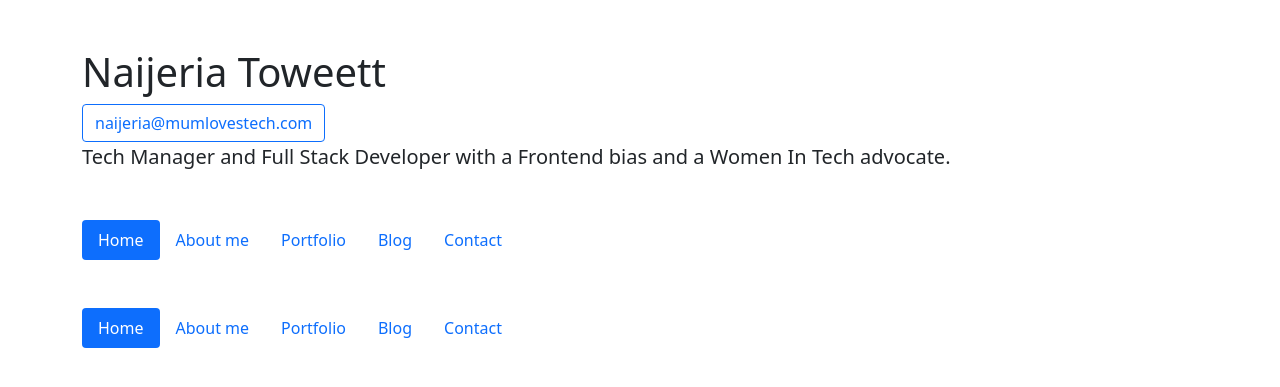
Repository: mamatechafrica/portfolio
Page: about.html
An editor plug-in stored every save of this project. The page is shown before and after the next save, followed by the edit.
The browser window is 1280 px wide. The pictures show the whole page.

Above is the page before, as saved 2022-01-04 20:16:21.

After the next save:
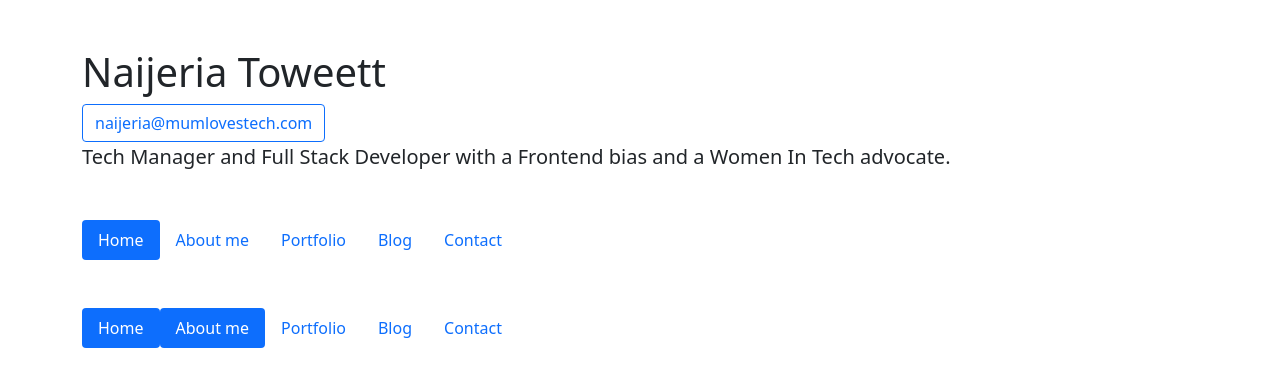
Saved 24 s later.
--- a/about.html
+++ b/about.html
@@ -52,7 +52,7 @@
                         <a class="nav-link active" aria-current="page" href="#">Home</a>
                     </li>
                     <li class="nav-item">
-                        <a class="nav-link" href="#">About me</a>
+                        <a class="nav-link active" href="#">About me</a>
                     </li>
                     <li class="nav-item">
                         <a class="nav-link" href="#">Portfolio</a>
